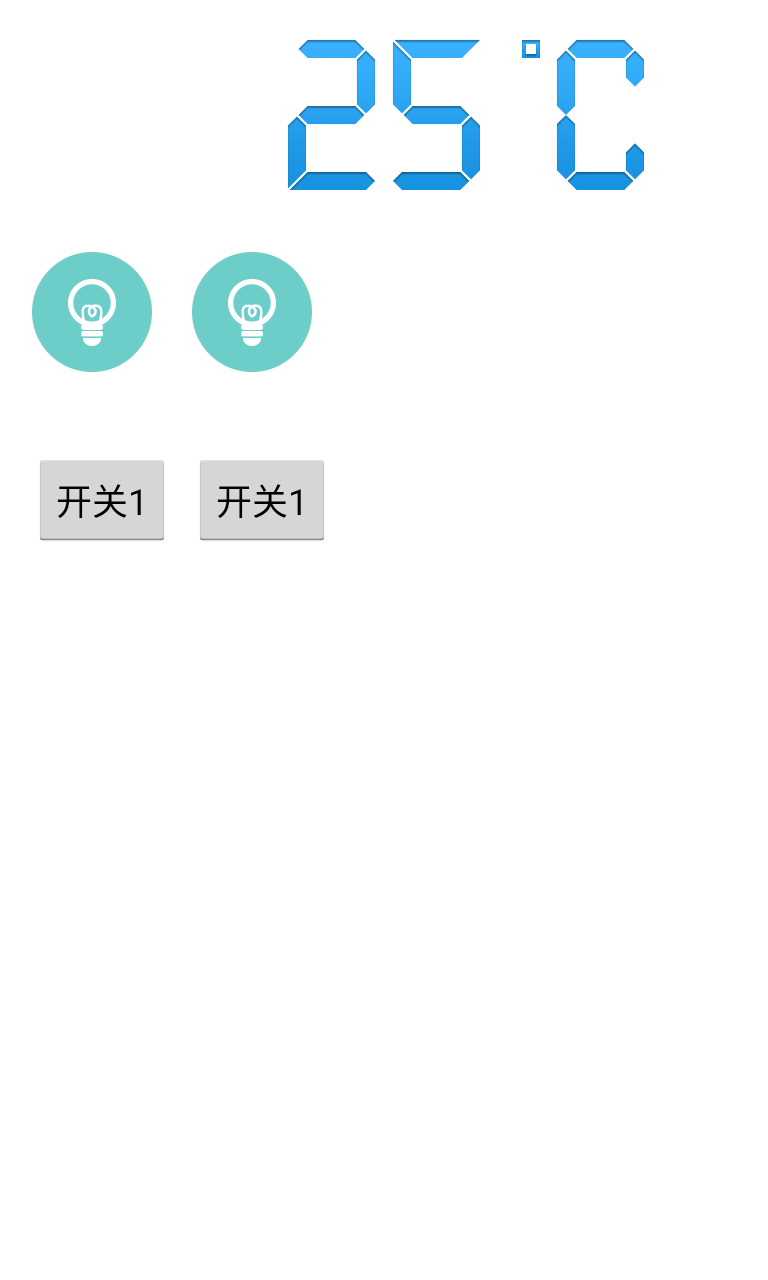
Repository: MyungSinKim/mqtt-demo
Layout: cloud2-demo/res/layout/main.xml
These files come from the project's save history. The layout is drawn as it stood at one moment and after the next save; the edit follows.
It is drawn on a 768 x 1280 px phone screen (xhdpi) without system bars, with theme AppTheme; the app's code is not run.

Above is the layout before, as saved 2015-11-02 05:19:31.

### cloud2-demo/res/layout/main.xml
<RelativeLayout xmlns:android="http://schemas.android.com/apk/res/android"
    android:layout_width="match_parent"
    android:layout_height="match_parent"
    android:layout_gravity="center_horizontal"
    android:paddingBottom="@dimen/activity_vertical_margin"
    android:paddingLeft="@dimen/activity_horizontal_margin"
    android:paddingRight="@dimen/activity_horizontal_margin"
    android:paddingTop="@dimen/activity_vertical_margin" >

    <RelativeLayout
        android:id="@+id/rl1"
        android:layout_width="match_parent"
        android:layout_height="100dp" >

        <ImageView
            android:id="@+id/temperture_iv"
            android:layout_width="wrap_content"
            android:layout_height="wrap_content"
            android:layout_centerHorizontal="true"
            android:background="@drawable/num_25" />

        <ImageView
            android:id="@+id/temperture_unit_iv"
            android:layout_width="wrap_content"
            android:layout_height="wrap_content"
            android:layout_marginLeft="10dp"
            android:layout_toRightOf="@id/temperture_iv"
            android:background="@drawable/air_du" />
    </RelativeLayout>

    <RelativeLayout
        android:id="@+id/rl2"
        android:layout_width="match_parent"
        android:layout_height="100dp"
        android:layout_below="@+id/rl1"
        android:layout_centerInParent="true" >

        <ImageView
            android:id="@+id/light_1_iv"
            android:layout_width="wrap_content"
            android:layout_height="wrap_content"
            android:layout_marginTop="10dp"
            android:background="@drawable/light_off"
            android:tag="off" />

        <ImageView
            android:id="@+id/light_2_iv"
            android:layout_width="wrap_content"
            android:layout_height="wrap_content"
            android:layout_alignTop="@+id/light_1_iv"
            android:layout_marginLeft="20dp"
            android:layout_toRightOf="@id/light_1_iv"
            android:background="@drawable/light_off"
            android:tag="off" />
    </RelativeLayout>

    <Button
        android:id="@+id/imageButton1"
        android:layout_width="wrap_content"
        android:layout_height="wrap_content"
        android:layout_below="@+id/rl2"
        android:layout_marginTop="10dp"
        android:text="开关1" />

    <Button
        android:id="@+id/imageButton2"
        android:layout_width="wrap_content"
        android:layout_height="wrap_content"
        android:layout_alignTop="@+id/imageButton1"
        android:layout_below="@+id/rl2"
        android:layout_marginLeft="10dp"
        android:layout_toRightOf="@id/imageButton1"
        android:text="开关1" />

</RelativeLayout>

Loaded but not shown: cloud2-demo/res/values/styles.xml (common file); cloud2-demo/res/values-v11/styles.xml (common file); cloud2-demo/res/values-v14/styles.xml (common file); cloud2-demo/res/values/dimens.xml (common file)

After the next save:
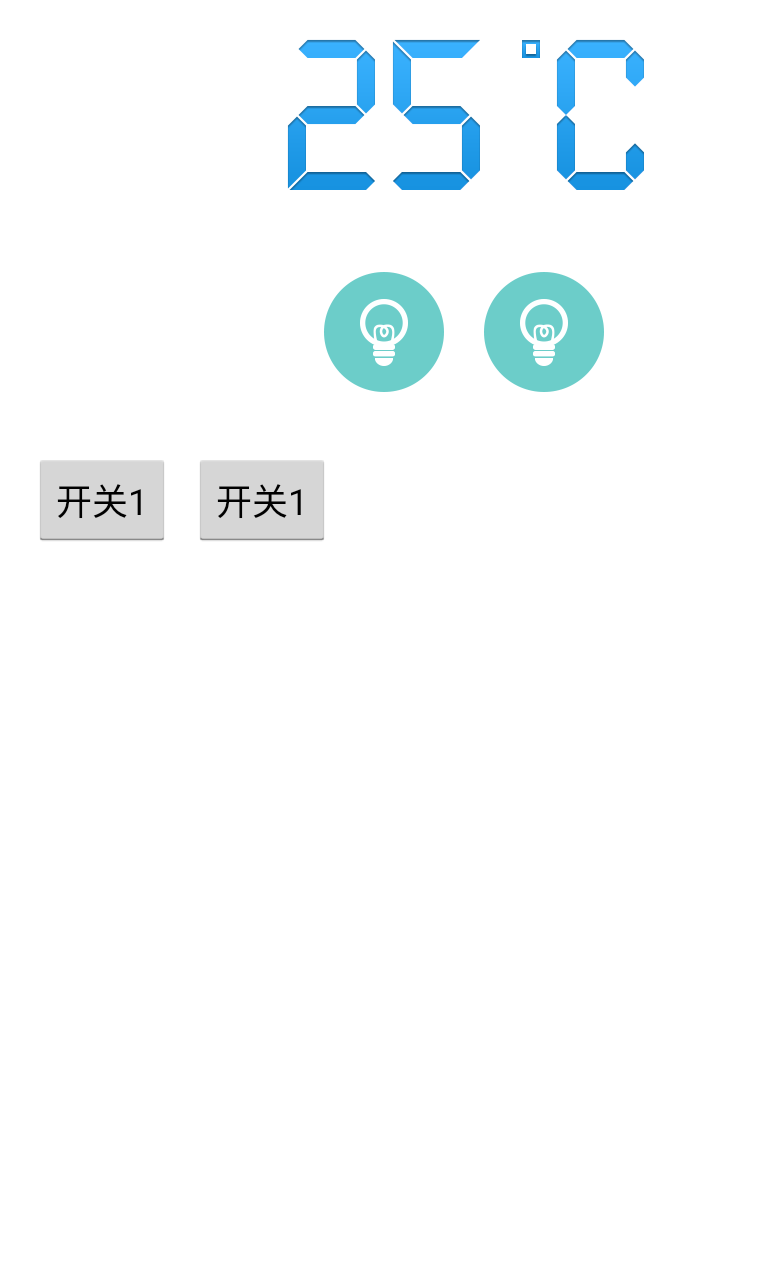
Saved 17 s later.
--- a/cloud2-demo/res/layout/main.xml
+++ b/cloud2-demo/res/layout/main.xml
@@ -33,7 +33,7 @@
         android:layout_width="match_parent"
         android:layout_height="100dp"
         android:layout_below="@+id/rl1"
-        android:layout_centerInParent="true" >
+         >
 
         <ImageView
             android:id="@+id/light_1_iv"
@@ -41,6 +41,7 @@
             android:layout_height="wrap_content"
             android:layout_marginTop="10dp"
             android:background="@drawable/light_off"
+            android:layout_centerInParent="true"
             android:tag="off" />
 
         <ImageView
@@ -51,6 +52,7 @@
             android:layout_marginLeft="20dp"
             android:layout_toRightOf="@id/light_1_iv"
             android:background="@drawable/light_off"
+            android:layout_centerInParent="true"
             android:tag="off" />
     </RelativeLayout>
 

After the save that followed:
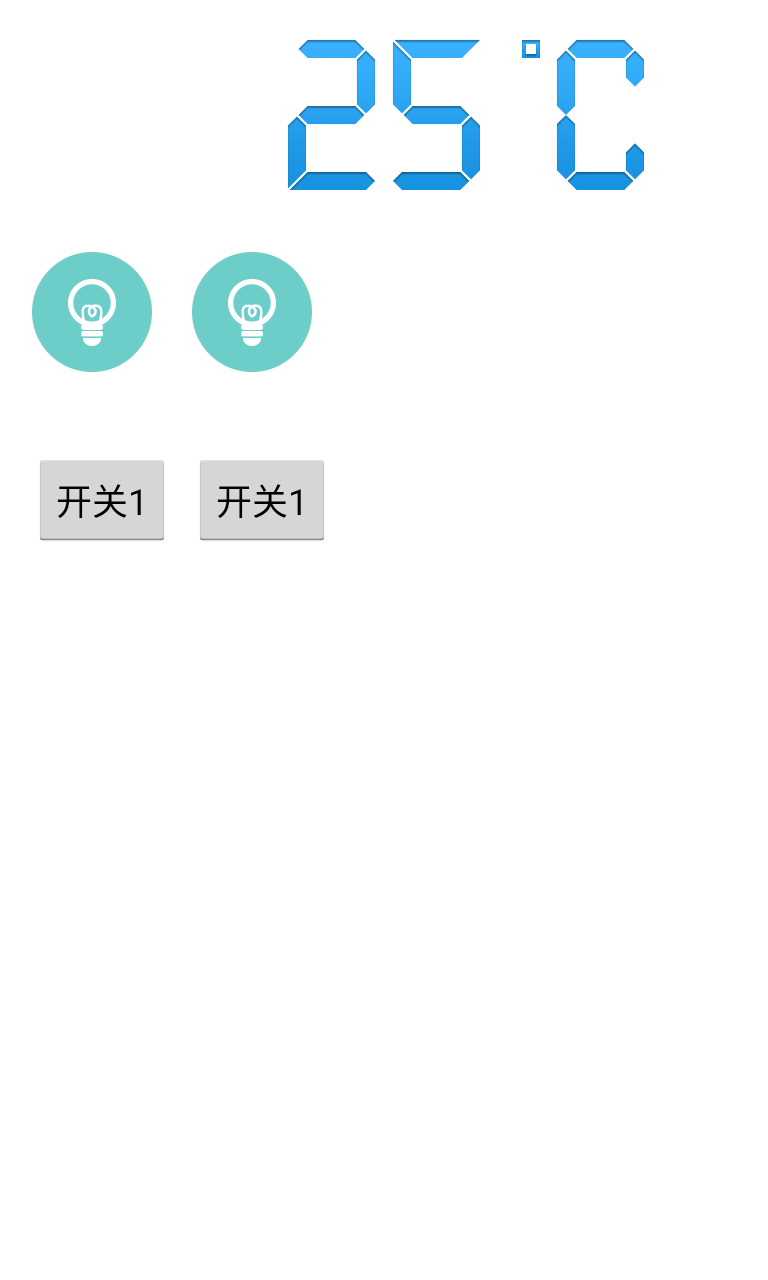
Saved 7 min 51 s later.
--- a/cloud2-demo/res/layout/main.xml
+++ b/cloud2-demo/res/layout/main.xml
@@ -41,7 +41,6 @@
             android:layout_height="wrap_content"
             android:layout_marginTop="10dp"
             android:background="@drawable/light_off"
-            android:layout_centerInParent="true"
             android:tag="off" />
 
         <ImageView
@@ -52,7 +51,6 @@
             android:layout_marginLeft="20dp"
             android:layout_toRightOf="@id/light_1_iv"
             android:background="@drawable/light_off"
-            android:layout_centerInParent="true"
             android:tag="off" />
     </RelativeLayout>
 
